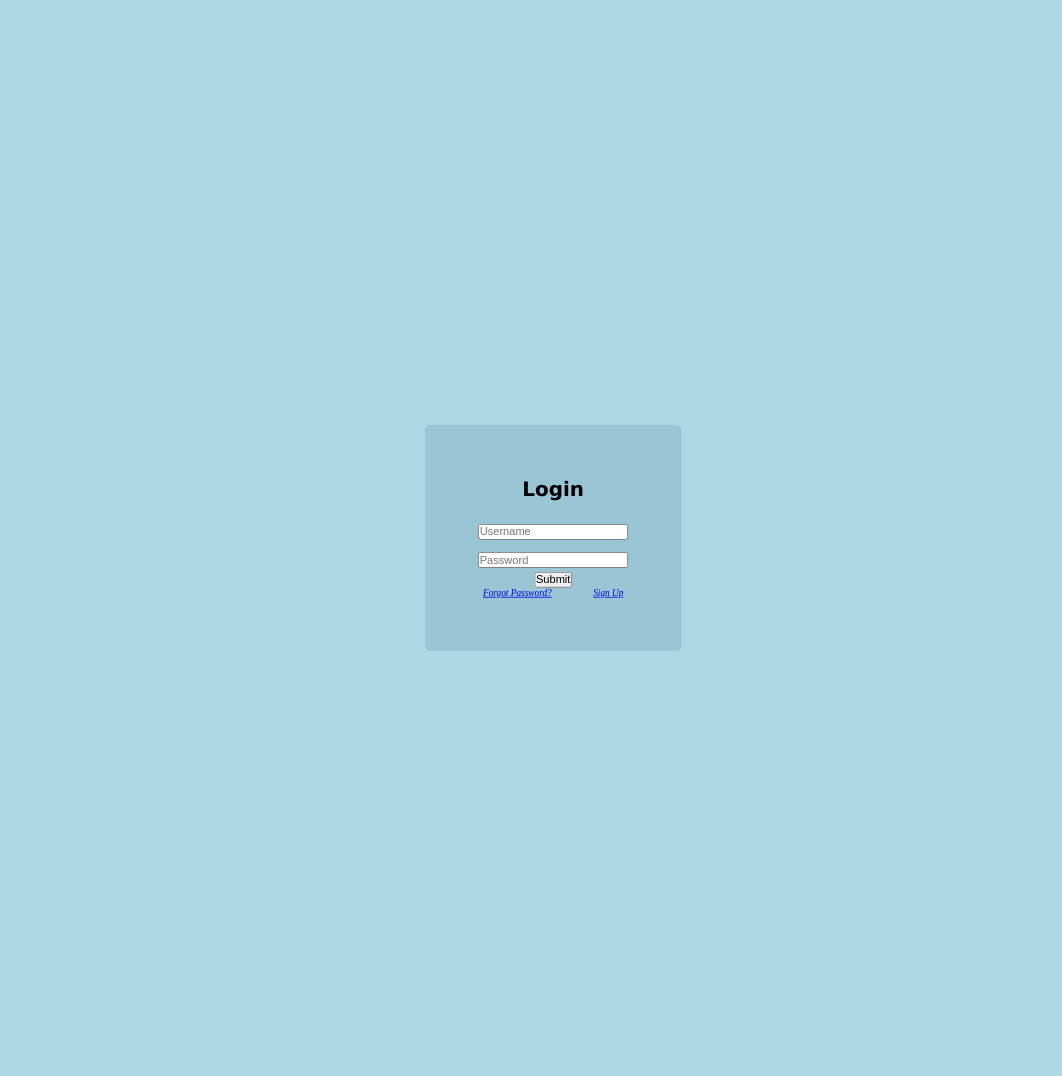
Repository: busra-kayaa/LoginPage
Page: login.html
The author's editor kept a copy of each file at every save. The page is drawn from the files as they stood at one save, then again after the next save.
The browser window is 1280 px wide. The pictures show the whole page, at 83% of full size.

Above is the page before, as saved 2023-12-29 10:51:49.

After the next save:
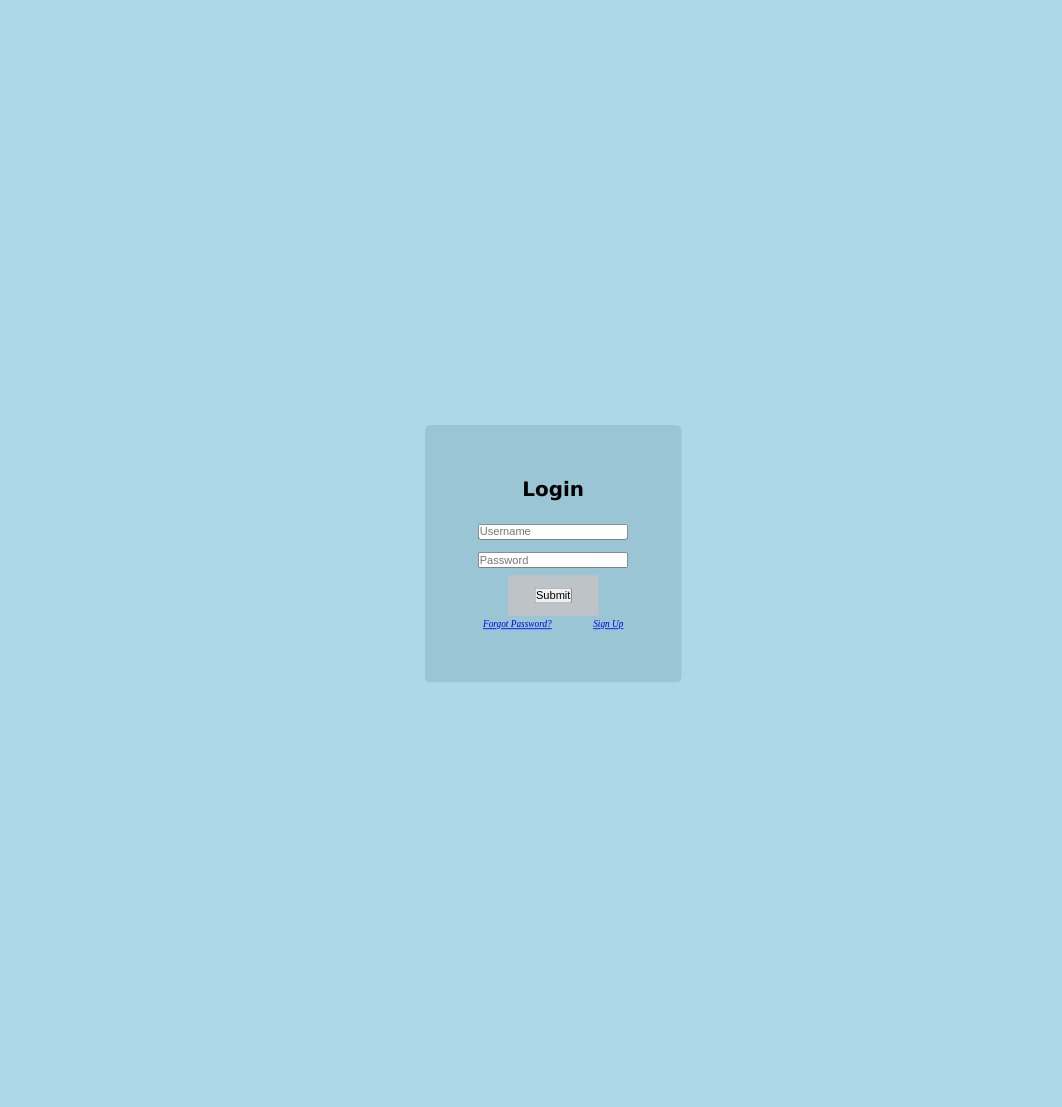
Saved 5 s later.
--- a/style.css
+++ b/style.css
@@ -42,6 +42,17 @@ body {
 }
 
 .button-group {
+    background-color:#bdc3c7;
+    color: black ;
+    border: none;
+    color: white;
+    padding: 15px 32px;
+    text-align: center;
+    text-decoration: none;
+    display: inline-block;
+    font-size: 16px;
+    margin: 4px 2px;
+    cursor: pointer;
 }
 .subgroup {
 }
